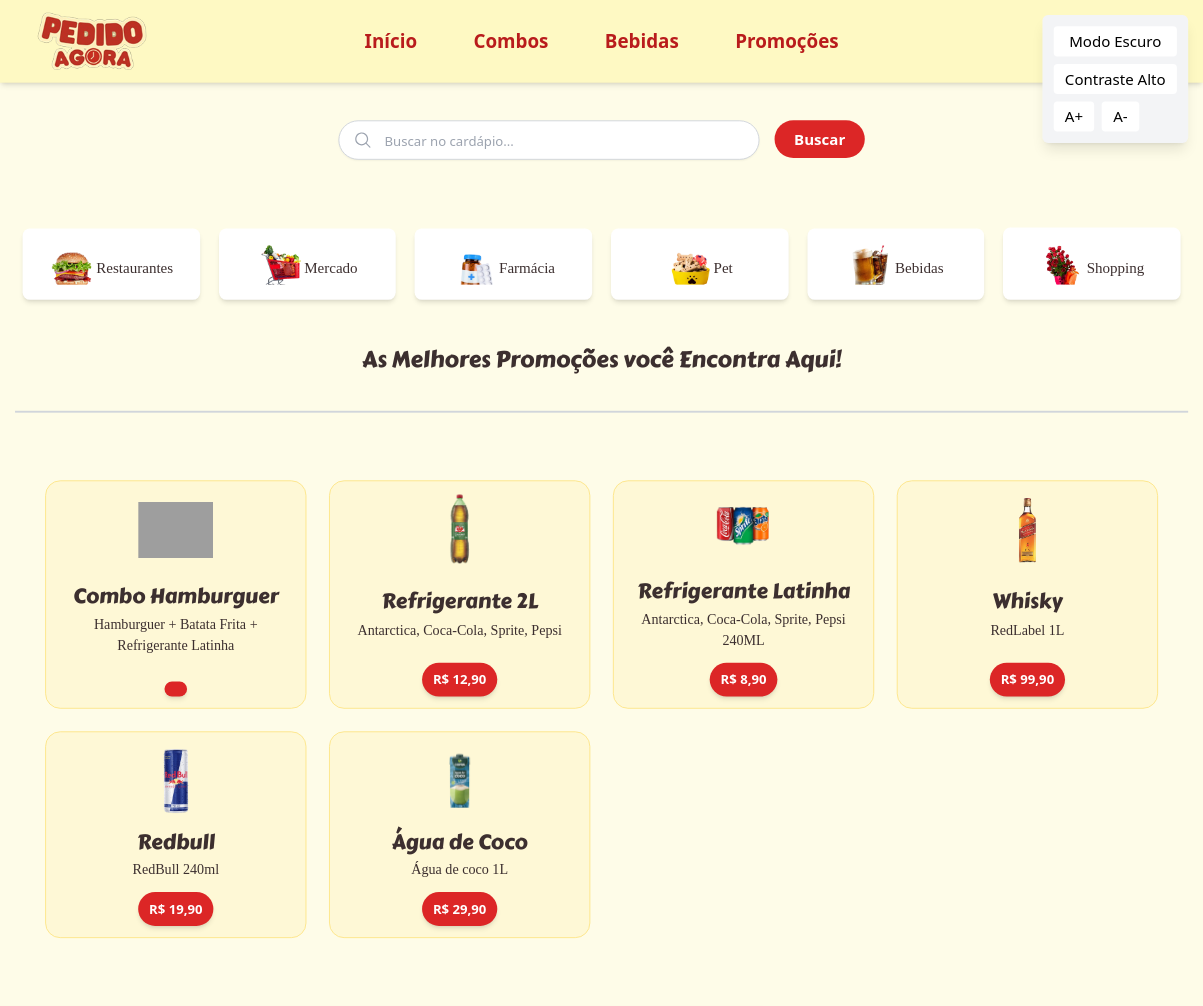
Repository: edufilhocruz/pedidoagora
Page: /pagePromocoes
An editor plug-in stored every save of this project. The page is shown before and after a run of saves, followed by the edit.
The browser window is 1280 px wide. The pictures show the whole page, at 94% of full size.
Pictures or frames that could not be fetched are drawn as grey boxes. Some web fonts or font styles are not loaded; a fallback is used. The project was rebuilt for these pictures with package versions that can differ from the ones it lists, and the page was loaded fresh each time. The framework's server and built-in components were replaced by stand-ins that run in the browser. Also part of the build but not shown: next.config.mjs, src/components/CardsRestaurantes.jsx.

Above is the page before, as saved 2025-06-21 20:51:55.

### src/app/layout.jsx
import "../app/globals.css";
import ThemeAndAccessibility from "../components/ThemeAndAccessibility";

export const metadata = {
  title: "Pedido Agora",
  description: "Faça seu pedido agora!",
};

export default function RootLayout({ children }) {
  return (
    <html lang="pt-BR" suppressHydrationWarning>
      <head>
        <link
          href="https://fonts.googleapis.com/css2?family=Quicksand:wght@400&family=Carter+One&family=RocknRoll+One&family=Paytone+One&family=Inter:wght@400;700&display=swap"
          rel="stylesheet"
        />
      </head>
      <body className="antialiased bg-yellow-50 text-black dark:bg-gray-900 dark:text-white">
        <ThemeAndAccessibility />
        {children}
      </body>
    </html>
  );
}

### src/app/pagePromocoes/page.jsx
'use client';

import PagePromocoes from '../../components/PagePromocoes/PagePromocoes';
import Header from '../../components/Header';

export default function pagePromocoes(){
    return(
        <main>
            <Header/>
            <PagePromocoes/>
        </main>
    )
}

### src/app/globals.css
@import url("https://fonts.googleapis.com/css2?family=Carter+One&family=Inter:wght@500&family=Lisu+Bosa&family=Paytone+One&family=Quicksand:wght@400;500&family=RocknRoll_One&family=Roboto:wght@500;600&family=Squada+One&display=swap");

@tailwind base;
@tailwind components;
@tailwind utilities;

body {
  margin: 0;
  padding: 0;
}

.login {
  background-image: url("/images/background-pattern.png");
  background-repeat: repeat;
  background-color: #eedd97;
  transition: background-color 0.3s, color 0.3s;
}
.cadastroform {
  background-image: url("/images/background-pattern.png");
  background-repeat: repeat;
  background-color: #eedd97;
  transition: background-color 0.3s, color 0.3s;
}
.space-y-50 > * + * {
  margin-top: 50px;
}

/* Outras personalizações, se necessário */
.focus\:outline-none:focus {
  outline: 2px solid transparent;
}

input[type="range"] {
  -webkit-appearance: none;
  appearance: none;
  height: 12px;
  border-radius: 6px;
  outline: none;
}

input[type="range"]::-webkit-slider-thumb {
  -webkit-appearance: none;
  appearance: none;
  width: 36.48px;
  height: 40.54px;
  background: #ef2a39;
  border: 3px solid #ffffff;
  box-shadow: 0px 2px 25px rgba(255, 153, 0, 0.25);
  border-radius: 4px;
  cursor: pointer;
}

input[type="range"]::-moz-range-thumb {
  width: 36.48px;
  height: 40.54px;
  background: #ef2a39;
  border: 3px solid #ffffff;
  box-shadow: 0px 2px 25px rgba(255, 153, 0, 0.25);
  border-radius: 4px;
  cursor: pointer;
}

.no-scrollbar::-webkit-scrollbar {
  display: none;
}

.no-scrollbar {
  -ms-overflow-style: none;
  scrollbar-width: none;
}

### src/components/ThemeAndAccessibility.jsx
'use client';

import { useEffect, useState } from 'react';

export default function ThemeAndAccessibility() {
  const [isDarkMode, setIsDarkMode] = useState(false);
  const [highContrast, setHighContrast] = useState(false);
  const [fontSize, setFontSize] = useState(100); // em %

  const toggleDarkMode = () => {
    const newMode = !isDarkMode;
    setIsDarkMode(newMode);
    document.documentElement.classList.toggle('dark', newMode);
  };

  const toggleHighContrast = () => {
    const newContrast = !highContrast;
    setHighContrast(newContrast);
    document.documentElement.classList.toggle('high-contrast', newContrast);
  };

  const increaseFontSize = () => {
    const newSize = fontSize + 10;
    setFontSize(newSize);
    document.documentElement.style.fontSize = `${newSize}%`;
  };

  const decreaseFontSize = () => {
    const newSize = Math.max(80, fontSize - 10);
    setFontSize(newSize);
    document.documentElement.style.fontSize = `${newSize}%`;
  };

  // Reset para garantir que a fonte seja aplicada na primeira renderização
  useEffect(() => {
    document.documentElement.style.fontSize = `${fontSize}%`;
  }, [fontSize]);

  return (
    <div className="fixed top-4 right-4 z-50 flex flex-col space-y-2 bg-gray-100 dark:bg-gray-800 p-3 rounded-md shadow-lg">
      <button
        onClick={toggleDarkMode}
        className="bg-white dark:bg-gray-700 text-black dark:text-white px-3 py-1 rounded hover:bg-gray-200 dark:hover:bg-gray-600"
      >
        {isDarkMode ? 'Modo Claro' : 'Modo Escuro'}
      </button>
      <button
        onClick={toggleHighContrast}
        className="bg-white dark:bg-gray-700 text-black dark:text-white px-3 py-1 rounded hover:bg-gray-200 dark:hover:bg-gray-600"
      >
        {highContrast ? 'Contraste Normal' : 'Contraste Alto'}
      </button>
      <div className="flex space-x-2">
        <button
          onClick={increaseFontSize}
          className="bg-white dark:bg-gray-700 text-black dark:text-white px-3 py-1 rounded hover:bg-gray-200 dark:hover:bg-gray-600"
        >
          A+
        </button>
        <button
          onClick={decreaseFontSize}
          className="bg-white dark:bg-gray-700 text-black dark:text-white px-3 py-1 rounded hover:bg-gray-200 dark:hover:bg-gray-600"
        >
          A-
        </button>
      </div>
    </div>
  );
}

### src/components/PagePromocoes/PagePromocoes.jsx
import { MagnifyingGlassIcon } from '@heroicons/react/24/solid';
import Cards from '../CardsRestaurantes';
import CardsPromocoes from '../PagePromocoes/CardsPromocoes';
import SideBarHeader from '../SideBarHeader';

export default function PopularItems() {

  return (
    <section className="max-w-7xl mx-auto px-4 py-10">
      {/* Barra de Pesquisa */}
      <div className="flex justify-center mb-8">
        <div className="relative w-full max-w-md">
          <MagnifyingGlassIcon className="absolute left-4 top-1/2 transform -translate-y-1/2 text-gray-400 w-5 h-5" />
          <input
            type="text"
            placeholder="Buscar no cardápio..."
            className="w-full pl-12 pr-4 py-2 rounded-full border border-gray-300 shadow-sm focus:outline-none focus:ring-2 focus:ring-red-400 focus:border-transparent placeholder:text-sm"
          />

        </div>
        <div className='ml-4'>
          <button className=" w-24 bg-red-600 text-white font-semibold py-2 rounded-full hover:bg-red-700 transition-colors">
            Buscar
          </button>
        </div>
      </div>

      <div className="mt-16">
        <SideBarHeader/>
      </div>

      <div className="mt-10">
        <h2 className="text-[#3C2F2F] font-['Carter_One'] text-[24px] leading-tight text-center mb-10">
          As Melhores Promoções você Encontra Aqui!
        </h2>
        <hr class="my-10 border-t-2 border-gray-300"></hr>
      </div>
      <div className="">
        <CardsPromocoes/>
      </div>
    </section>
  );
}

### src/components/Header.jsx
'use client';
import { useState } from 'react';
import { Bars3Icon } from '@heroicons/react/24/outline';
import Link from 'next/link';
//import ThemeAndAccessibility from './ThemeAndAccessibility';

export default function Header() {
  const [menuOpen, setMenuOpen] = useState(false);
  const toggleMenu = () => setMenuOpen(!menuOpen);

  return (
    <header className="px-6 py-3 bg-yellow-100 shadow-md">
      <div className="relative flex items-center justify-between h-16 mx-auto max-w-7xl">

        {/* Left: Mobile Menu Icon + Logo */}
        <div className="flex items-center space-x-4 lg:flex-1">
          {/* Mobile menu button */}
          <button onClick={toggleMenu} className="block lg:hidden" aria-label="Abrir menu">
            <Bars3Icon className="w-6 h-6 text-red-700" />
          </button>

          {/* Logo (visível sempre) */}
          <Link href="/" className="flex items-center">
            <img
              src="/images/logo.png"
              alt="Pedido Agora"
              className="w-auto h-16"
            />
          </Link>
        </div>

        {/* Center: Desktop Menu */}
        <nav className="hidden lg:flex justify-center items-center space-x-[60px] text-red-700 font-semibold text-xl">
          <a href="/restaurantes">Início</a>
          <a href="/pageCombo">Combos</a>
          <a href="/pageBebidas">Bebidas</a>
          <a href="/pagePromocoes">Promoções</a>
        </nav>

        {/* Right: User Icon */}
        <div className="flex items-center justify-end lg:flex-1">
          <Link href="/login">
          <button className="py-4 font-semibold text-white transition-colors bg-red-600 rounded-md w-28 hover:bg-red-700">
            Entrar
          </button>
          </Link>
          {/* <ThemeAndAccessibility/> */}
        </div>


      </div>

      {/* Mobile dropdown menu */}
      {menuOpen && (
        <div className="flex flex-col mt-4 space-y-2 font-semibold text-center text-red-700 lg:hidden">
          <a href="/restaurantes" onClick={toggleMenu}>Início</a>
          <a href="/pageCombo" onClick={toggleMenu}>Combos</a>
          <a href="/pageBebidas" onClick={toggleMenu}>Bebidas</a>
          <a href="/pagePromocoes" onClick={toggleMenu}>Promoções</a>
        </div>
      )}
    </header>
  );
}

### src/components/PagePromocoes/CardsPromocoes.jsx

import Link from "next/link";


export default function CardsPromocoes(){
    const items = [
   {
        id: "customize-cheeseburger",
        name: "Combo Hamburguer",
        description: "Hamburguer + Batata Frita + Refrigerante Latinha",
        originalPrice: "R$ 29,90",
        discountPrice: "R$ 19,90",
        image: "/path/to/image.png"
    },
    {
        id:'Refrigerante',
        name: 'Refrigerante 2L',
        description: 'Antarctica, Coca-Cola, Sprite, Pepsi',
        price: 'R$ 12,90',
        image: '/images/Refrigerante.png',
    },
    {
        id:'RefrigeranteLata',
        name: 'Refrigerante Latinha',
        description: 'Antarctica, Coca-Cola, Sprite, Pepsi 240ML ',
        price: 'R$ 8,90',
        image: '/images/RefrigeranteLata.png'
    },
    {
        id: 'Whisky',
        name: 'Whisky',
        description: 'RedLabel 1L ',
        price: 'R$ 99,90',
        image: '/images/Whisky.png',
    },
    {
        id: 'RedBull',
        name: 'Redbull',
        description: 'RedBull 240ml ',
        price: 'R$ 19,90',
        image: '/images/Redbull.png',
    },
    {
        id: 'Agua de Coco',
        name: 'Água de Coco',
        description: 'Água de coco 1L ',
        price: 'R$ 29,90',
        image: '/images/aguadecoco.png',
    },
    ];


    return(
        <div className="grid grid-cols-1 sm:grid-cols-2 md:grid-cols-3 lg:grid-cols-4 gap-6 p-4 md:p-8">
            {items.map((item, index) => (
            <div
            key={index}
            className="flex justify-center items-center"
        >
            <div className="flex flex-col items-center p-3 bg-amber-200/20 rounded-2xl border border-amber-200 h-full w-full max-w-xs">
                <img
                src={item.image}
                alt={item.name}
                className="mb-3 w-20 h-20 object-contain"
                width={100}
                height={100}
                />
                <div className="text-center flex-grow flex flex-col justify-center">
                    <h3 className="text-[#3C2F2F] font-['Carter_One'] text-[22px] leading-tight mb-1">
                        {item.name}
                    </h3>
                    <p className="text-[#3C2F2F] font-['RocknRoll_One'] text-[15px]">
                        {item.description}
                    </p>
                </div>
                <div className="mt-3">
                    <Link key={index} href={`/${item.id}`}>
                        <button className="bg-red-600 text-white font-bold py-2 px-3 rounded-full shadow-md text-sm">
                            {item.price}
                        </button>
                    </Link>
                </div>
            </div>
        </div>
    ))}
</div>
    )
}

### src/components/SideBarHeader.jsx
'use client';

import Image from 'next/image';

export default function SideBarHeader (){
    const items = [
    {
        nome: 'Restaurantes',
        image: '/images/Restaurantes.png',

    },
    {
        nome: 'Mercado',
        image: '/images/Mercado.png',
    },
    {
        nome: 'Farmácia',
        image: '/images/Farmácia.png',
    },
    {
        nome: 'Pet',
        image:'/images/Pet.png',
    },
    {
        nome: 'Bebidas',
        image: '/images/Bebidas.png',
    },
    {
        nome: 'Shopping',
        image: '/images/Shopping.png',
    }
];
    return(
        <div>
                <div className='p-2 gap-5 grid-cols-2  grid md:grid-cols-3 lg:grid-cols-6 justify-center items-center'>
                    {/* <CardContent className=" gap-5 sm:grid-cols-2 md:grid md:grid-cols-3 lg:grid-cols-6 justify-center items-center"> */}
                    {items.map((item, index)=> (
                        <div
                        key={index}
                        className='m-2 lg:m-0 '>
                            <div className=" flex justify-center items-center  bg-white shadow-md rounded-lg p-4 hover:shadow-lg transition duration-300 delay-50 hover:scale-105">
                                <Image
                                src={item.image}
                                alt={item.nome}
                                width={50}
                                height={50}
                                className=" object-cover rounded-lg"
                                />
                                <p className="text-[#3C2F2F] font-['RocknRoll_One'] text-[16px] text-center mt-2">{item.nome}</p>
                                </div>
                            </div>
                    ))}
                </div>
        </div>
    )
};

### tailwind.config.js
/** @type {import('tailwindcss').Config} */
module.exports = {
  // Configuração do darkMode
  darkMode: ["class"],

  content: [
    './src/pages/**/*.{js,ts,jsx,tsx,mdx}',
    './src/components/**/*.{js,ts,jsx,tsx,mdx}',
    './src/app/**/*.{js,ts,jsx,tsx,mdx}',
  ],
  theme: {
    extend: {
      // Cores que a página de pagamento precisa
      colors: {
        'custom-stone': '#3C2F2F',
        'custom-zinc': '#7D7D7D',
        'custom-red-dark': '#C01E1E',
        'custom-red': '#D62424',
        'custom-red-light': '#EF2A39',
        'custom-gray-light': '#F0F0F0',
        'custom-gray-bg': '#F3F4F6',
        'custom-orange': '#FC8A18',
      },
      // TODAS as fontes
      fontFamily: {
        inter: ['Inter', 'sans-serif'],
        quicksand: ['Quicksand', 'sans-serif'],
        rocknroll: ['RocknRoll_One', 'sans-serif'],
        poppins: ['Poppins', 'sans-serif'],
        roboto: ['Roboto', 'sans-serif'],
        paytone: ['"Paytone One"', 'sans-serif'],
      },
    },
  },
  plugins: [],
};

After the next 2 saves:
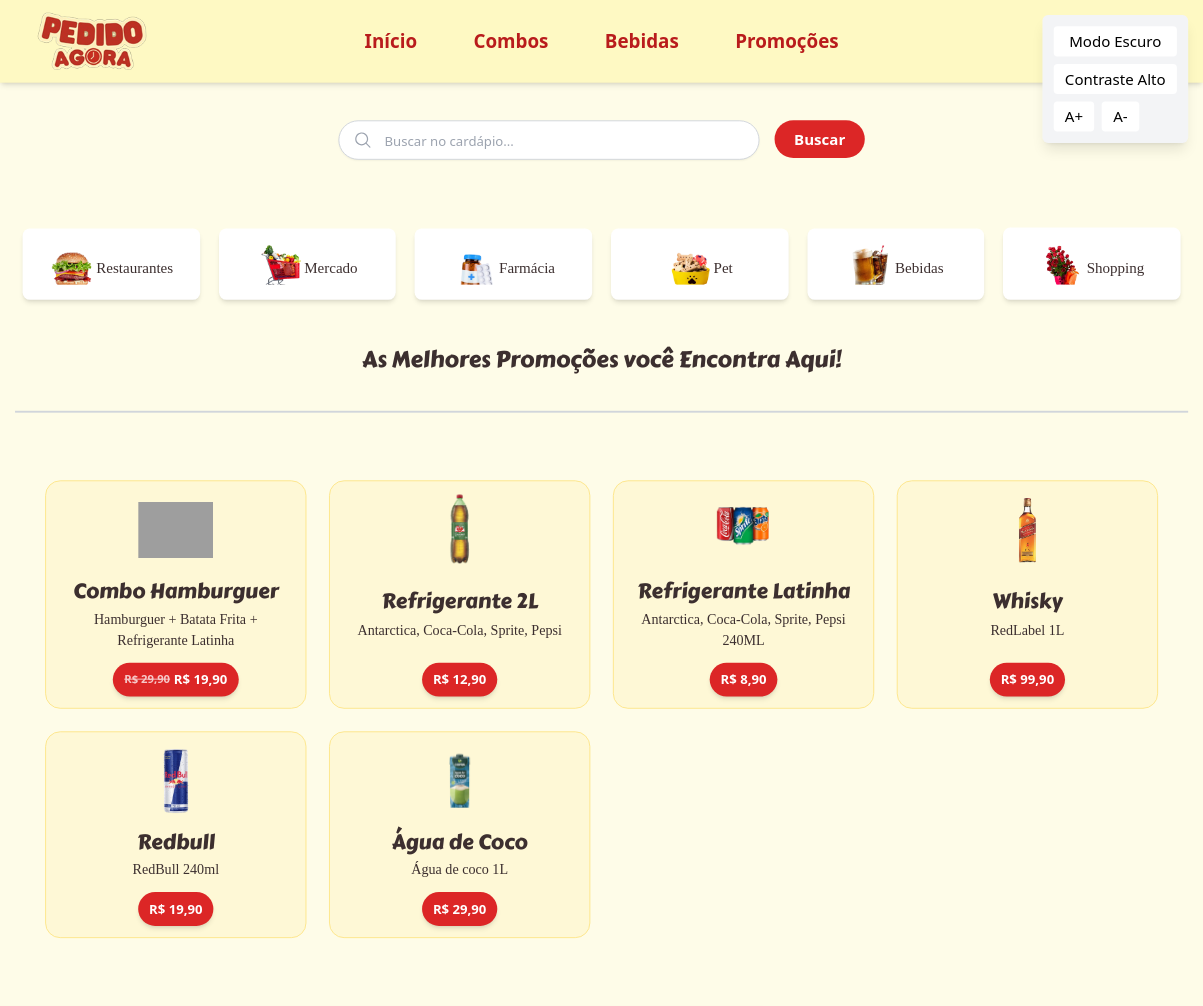
The 2 saves are shown as one change because they came seconds apart.
The last was saved 23 s later.
--- a/src/components/PagePromocoes/CardsPromocoes.jsx
+++ b/src/components/PagePromocoes/CardsPromocoes.jsx
@@ -52,8 +52,8 @@
 
     return(
         <div className="grid grid-cols-1 sm:grid-cols-2 md:grid-cols-3 lg:grid-cols-4 gap-6 p-4 md:p-8">
-            {items.map((item, index) => (
-            <div
+    {items.map((item, index) => (
+        <div
             key={index}
             className="flex justify-center items-center"
         >
@@ -75,8 +75,13 @@
                 </div>
                 <div className="mt-3">
                     <Link key={index} href={`/${item.id}`}>
-                        <button className="bg-red-600 text-white font-bold py-2 px-3 rounded-full shadow-md text-sm">
-                            {item.price}
+                        <button className="bg-red-600 text-white font-bold py-2 px-3 rounded-full shadow-md text-sm flex items-center justify-center space-x-1">
+                            {item.originalPrice && (
+                                <span className="line-through opacity-75 text-xs">
+                                    {item.originalPrice}
+                                </span>
+                            )}
+                            <span>{item.discountPrice || item.price}</span>
                         </button>
                     </Link>
                 </div>
